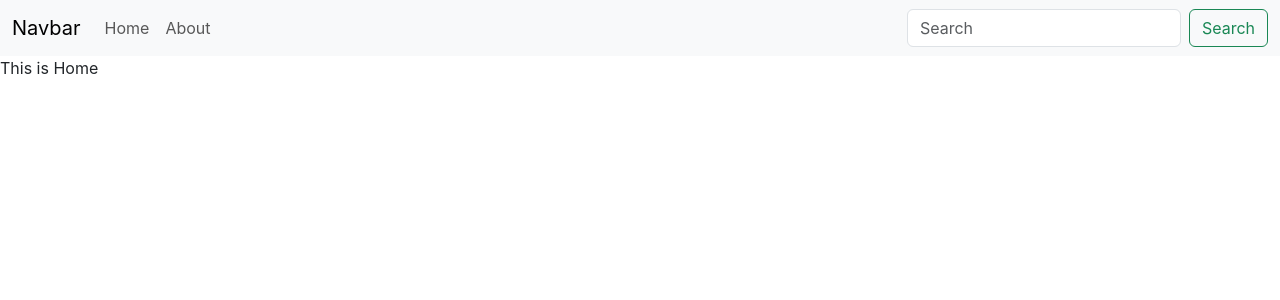
Repository: bhaveshdaipuria/inotebook
Page: /home
An editor plug-in stored every save of this project. The page is shown before and after the next save, followed by the edit.
The browser window is 1280 px wide. The pictures show the whole page.
The project was rebuilt for these pictures with package versions that can differ from the ones it lists, and the page was loaded fresh each time. Also part of the build but not shown: src/App.css, src/components/About.js.

Above is the page before, as saved 2023-05-03 12:11:38.

After the next save:
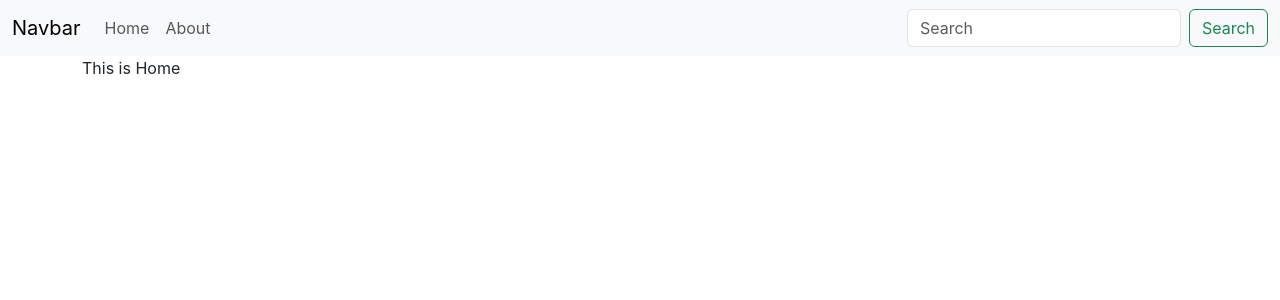
Saved 43 s later.
--- a/src/App.js
+++ b/src/App.js
@@ -11,10 +11,12 @@ function App() {
     <NoteState>
     <BrowserRouter>
     <Navbar/>
+    <div className='container'>
       <Routes>
       <Route exact path = '/home' element={<Home/>}/>
       <Route exact path = '/about' element={<About/>}/>
     </Routes>
+    </div>
     </BrowserRouter>
     </NoteState>
     </>
